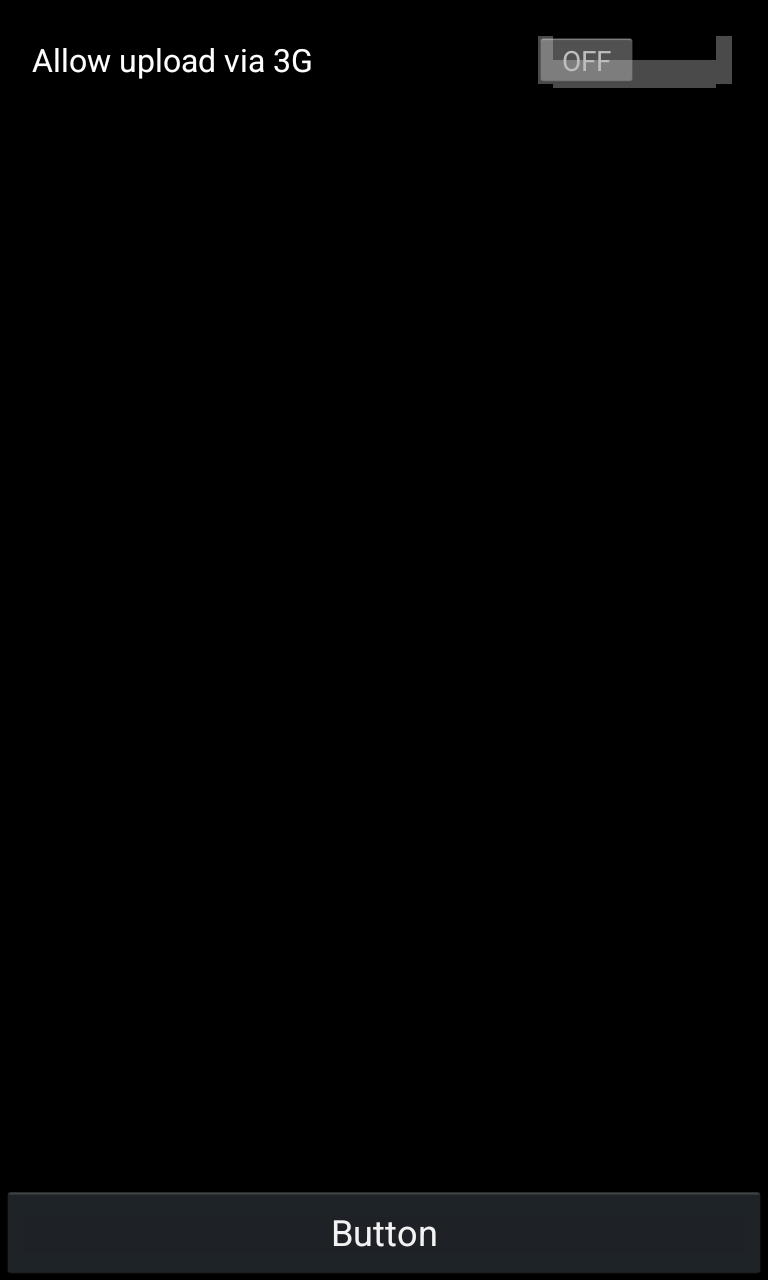
Repository: Jafnee/Android-Walking-Tour
Layout: SRC/Drafts/0.3/fuzzyNinja/PathFinder/res/layout/activity_settings.xml
The author's editor kept a copy of each file at every save. The layout is drawn from the files as they stood at one save, then again after the next save.
It is drawn on a 768 x 1280 px phone screen (xhdpi) without system bars, with theme android:Theme.Holo; the app's code is not run.

Above is the layout before, as saved 2013-12-13 05:29:07.

After the next save:
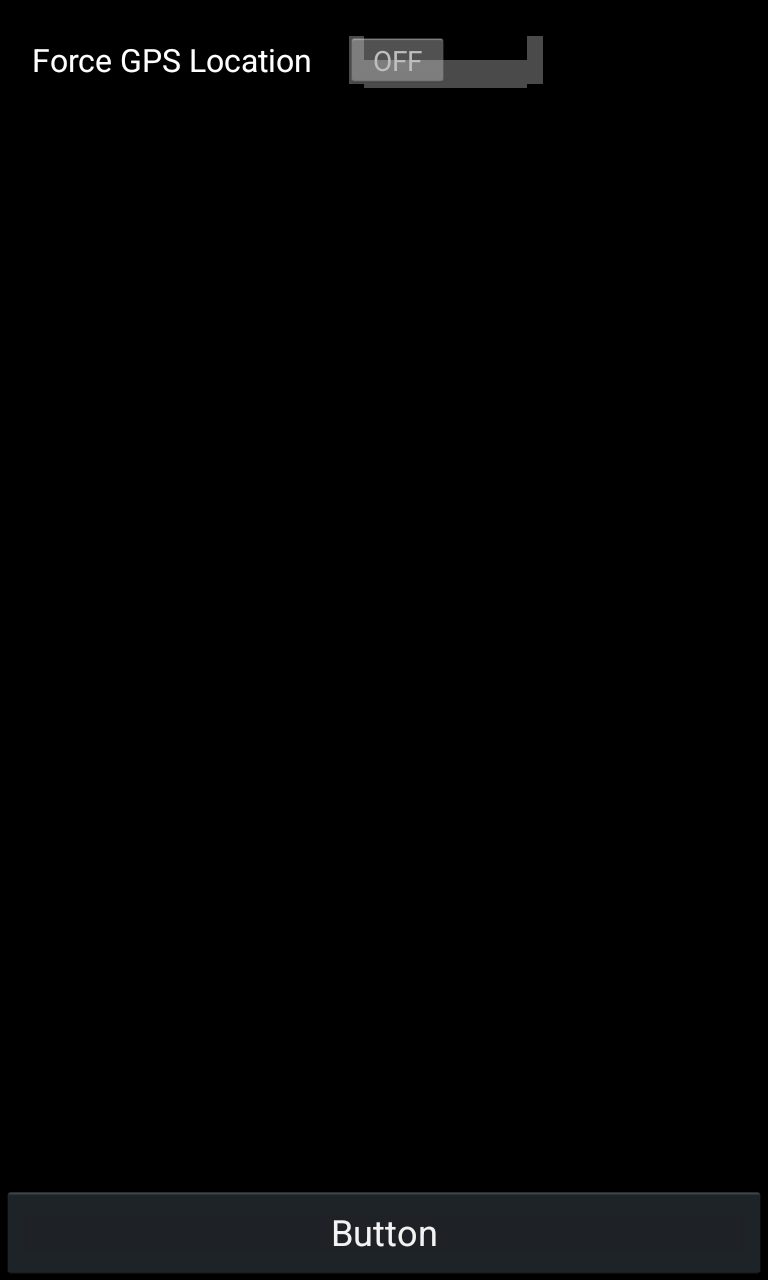
Saved 65 s later.
--- a/SRC/Drafts/0.3/fuzzyNinja/PathFinder/res/layout/activity_settings.xml
+++ b/SRC/Drafts/0.3/fuzzyNinja/PathFinder/res/layout/activity_settings.xml
@@ -15,25 +15,13 @@
         android:paddingRight="@dimen/activity_horizontal_margin"
         android:paddingTop="@dimen/activity_vertical_margin" >
 
-        <LinearLayout
-            android:id="@+id/scrollLayout"
-            android:layout_width="match_parent"
-            android:layout_height="match_parent"
-            android:orientation="horizontal" >
 
-            <Switch
-                android:id="@+id/switchWIFIOnlyUpload"
-                android:layout_width="match_parent"
-                android:layout_height="wrap_content"
-                android:text="Allow upload via 3G" />
+        <Switch
+            android:id="@+id/switchForceGPS"
+            android:layout_width="wrap_content"
+            android:layout_height="wrap_content"
+            android:text="Force GPS Location" />
 
-            <Switch
-                android:id="@+id/switchForceGPS"
-                android:layout_width="wrap_content"
-                android:layout_height="wrap_content"
-                android:layout_below="@+id/switchWIFIOnlyUpload"
-                android:text="Force GPS Location" />
-        </LinearLayout>
     </ScrollView>
 
     <Button
